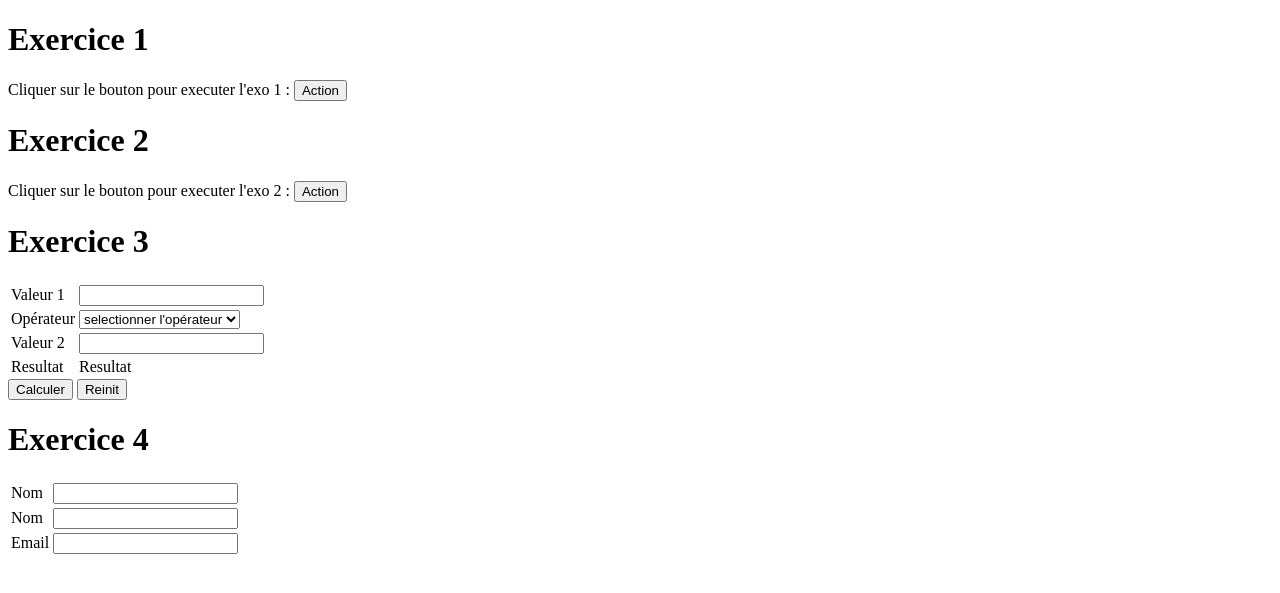
Repository: AgatheLM/formation_js
Page: insee-travaux-js/insee-client-js/exo1.html
The author's editor kept a copy of each file at every save. The page is drawn from the files as they stood at one save, then again after the next save.
The browser window is 1280 px wide. The pictures show the whole page.

Above is the page before, as saved 2018-01-24 13:31:24.

### insee-travaux-js/insee-client-js/exo1.html
<!DOCTYPE html>
<html>
<head>
<meta charset="utf-8">
<meta http-equiv="X-UA-Compatible" content="IE=edge">
<title>Ma page de calcul</title>
<script type="text/javascript" src="scripts/main.js"></script>
</head>
<body>

	<h1>Exercice 1</h1>
	<form action="">
		Cliquer sur le bouton pour executer l'exo 1 : <input type="button"
			value="Action" onclick="main()" />
	</form>

	<h1>Exercice 2</h1>
	<form action="">
		Cliquer sur le bouton pour executer l'exo 2 : <input type="button"
			value="Action" onclick="main_exo2()" />
	</form>

	<h1>Exercice 3</h1>
	<form action="">
		<table>
			<tr>
				<td><label for="val1"> Valeur 1 </label></td>
				<td><input type="text" name="val1" id="val1" /></td>
			</tr>
			<tr>
				<td><label for="operateur"> Opérateur </label></td>
				<td><select name="operateur" id="operateur">
						<option value="none">selectionner l'opérateur</option>
						<option value="+">+</option>
						<option value="-">-</option>
						<option value="*">*</option>
						<option value="/">/</option>
				</select></td>
			</tr>
			<tr>
				<td><label for="val2"> Valeur 2 </label></td>
				<td><input type="text" name="val2" id="val2" /></td>
			</tr>
			<tr>
				<td><label for="resultat"> Resultat</label></td>
				<td><label id="result"> Resultat </label></td>
			</tr>
		</table>
		<input type="button" value="Calculer" onclick="main_exo3()" /> <input
			type="button" value="Reinit" onclick="main_exo3_reinitf()" />
	</form>

	<h1>Exercice 4</h1>

	<form>
		<table>
			<tr>
				<!-- Un champ « nom » : Ce champ doit être obligatoire -->
				<td><label for="nom"> Nom </label></td>
				<td><input type="text" name="nom" id="nom" /></td>
			</tr>
			<tr>
				<!-- Un champ « annee_naissance » : Ce champ s’il est renseigné ne doit accepter que des nombres numériques -->
				<td><label for="nom"> Nom </label></td>
				<td><input type="text" name="nom" id="nom" /></td>
			</tr>
			<tr>
				<!-- Un champ email : Si ce champ est renseigné l’email doit être valide avant de perdre le focus -->
				<td><label for="email"> Email </label></td>
				<td><input type="text" name="nom" id="nom" /></td>
			</tr>
			<tr>
				<!-- Un champ code postal : le code Postal doit être un nombre à 5 chiffres s’il est renseigné. -->
			</tr>
		</table>
	</form>



</body>
</html>

### insee-travaux-js/insee-client-js/scripts/main.js

/*************************
* Exercice 1             *
*************************/

function main(){

	// Exercice 1
	try{
		// 1 - Demande à l'utilisateur
		var largeur = prompt ('Renseigner la largeur?','');
		var longueur = prompt ('Renseigner la longueur?','');
		//2. Appel aux fonctions utilitaires
		var surface=calculSurface(longueur, largeur);
		var perimetre=calculPerimetre(longueur, largeur);
		//3. Affichage du résultat
		alert ("La surface est de " + surface);
		alert ("Le périmètre est de " + perimetre);
	} catch(e) {
		console.log(e);
	}


}


	function calculSurface (longueur, largeur)  {
		try {
			surface=longueur*largeur;
			return surface;
		} catch(e){
			console.log(e);
		}

	}

	function calculPerimetre (longueur, largeur){
		try {
			perimetre=2*longueur+2*largeur;
			return perimetre;
		}catch(e){
			console.log(e);
		}

	}



/*************************
* Exercice 2             *
*************************/

	function main_exo2(){

		/*Exercice 2 : Manipulation des tableaux
		Nous souhaitons afficher les éléments d’un tableau selon l’indice fourni par un utilisateur.
		Cette action sera répétée autant de fois jusqu’à ce que l’utilisateur saisisse le nombre « -1 » pour sortir.
		Travail à faire :
		- Coder une fonction qui initialisera le tableau ci dessous :
		var tab = new Array("Hollande","ZOME","Sarkozy","LE PEN","LE MAIRE","VALLS"
		- Faire pointer l’action du bouton sur cette nouvelle fonction.
		*/

		try{
			var tab = initTableau();
			var max=tab.length;
			var i = 0;
			while (i!=-1 ){
				i = parseInt(prompt ('Quel élément voulez vous?'));
				if ( i<max){
					alert(afficheElement(tab,i));
					//i = prompt ('Quel élément voulez vous?');
				} else  {
					alert ("Indice incorrect, il n'y a que " + max + " élements");
					//i = prompt ('Quel élément voulez vous?');
				}
			}

		} catch(e) {
			console.log(e);
		}


	}

	function initTableau(){
		return new Array("Hollande","ZOME","Sarkozy","LE PEN","LE MAIRE","VALLS");
	}


	function afficheElement(tab, i){
		return tab[i];
	}



	function main_exo3(){
		/*Exercice 3 : Faire une calculette*/

		try{
			var resul;
			var v1 = parseFloat(document.getElementById("val1").value);
			var v2 = parseFloat(document.getElementById("val2").value);
			var op = document.getElementById("operateur").value;
			resul=calcul(v1,v2,op);
			result.innerHTML=resul;

		} catch(e) {
			console.log(e);
		}

	}


/*************************
* Exercice 3             *
*************************/

	function main_exo3_reinit(){
		/*Exercice 3 : Faire une calculette*/

		try{
			document.getElementById("val1").value="";
			document.getElementById("val2").value="";
			document.getElementById("operateur").value="none";
			result.innerHTML="";

		} catch(e) {
			console.log(e);
		}

	}

	function calcul (v1,v2,op){
		var resul;
		switch(op){
		case "+" :
			resul = v1 + v2
			break;
		case "-" :
			resul = v1-v2
			break;
		case "*" :
			resul = v1*v2
			break;
		case "/" :
			if(v2!=0){
				resul = v1/v2
			}else{
				resul=0;
				alert("On ne peut pas diviser par 0");
				main_exo3_reinit();
			}
			break;
		}
		return resul;
	}

After the next save:
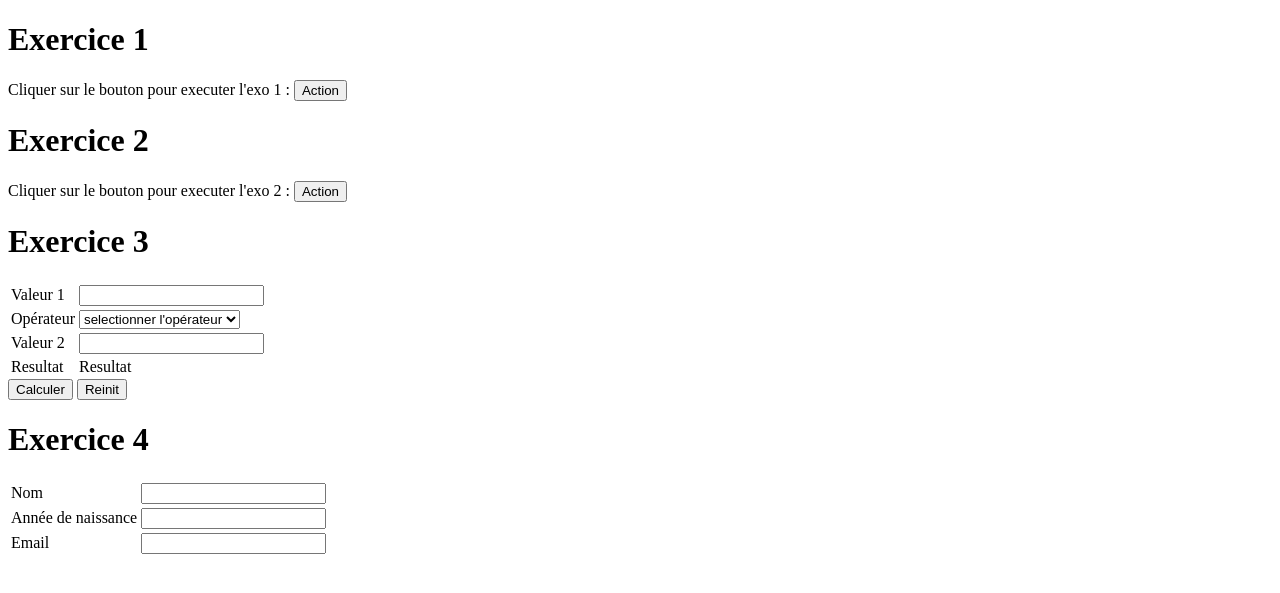
Saved 32 s later.
--- a/insee-travaux-js/insee-client-js/exo1.html
+++ b/insee-travaux-js/insee-client-js/exo1.html
@@ -61,13 +61,13 @@
 			</tr>
 			<tr>
 				<!-- Un champ « annee_naissance » : Ce champ s’il est renseigné ne doit accepter que des nombres numériques -->
-				<td><label for="nom"> Nom </label></td>
-				<td><input type="text" name="nom" id="nom" /></td>
+				<td><label for="an"> Année de naissance </label></td>
+				<td><input type="text" name="an" id="an" /></td>
 			</tr>
 			<tr>
 				<!-- Un champ email : Si ce champ est renseigné l’email doit être valide avant de perdre le focus -->
 				<td><label for="email"> Email </label></td>
-				<td><input type="text" name="nom" id="nom" /></td>
+				<td><input type="text" name="email" id="email" /></td>
 			</tr>
 			<tr>
 				<!-- Un champ code postal : le code Postal doit être un nombre à 5 chiffres s’il est renseigné. -->
